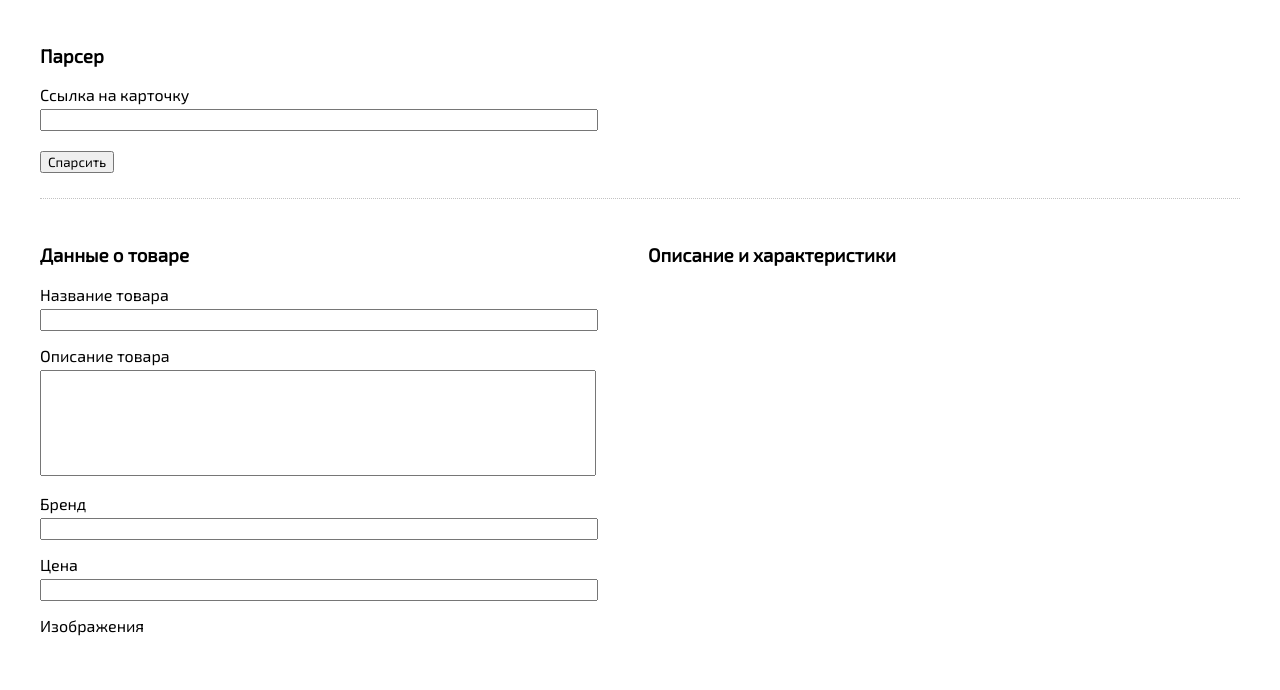
Repository: yozuul/wildberries-product-card-parser-api-exchange
Page: public/index.html
An editor plug-in stored every save of this project. The page is shown before and after the next save, followed by the edit.
The browser window is 1280 px wide. The pictures show the whole page.

Above is the page before, as saved 2021-08-18 18:35:44.

After the next save:
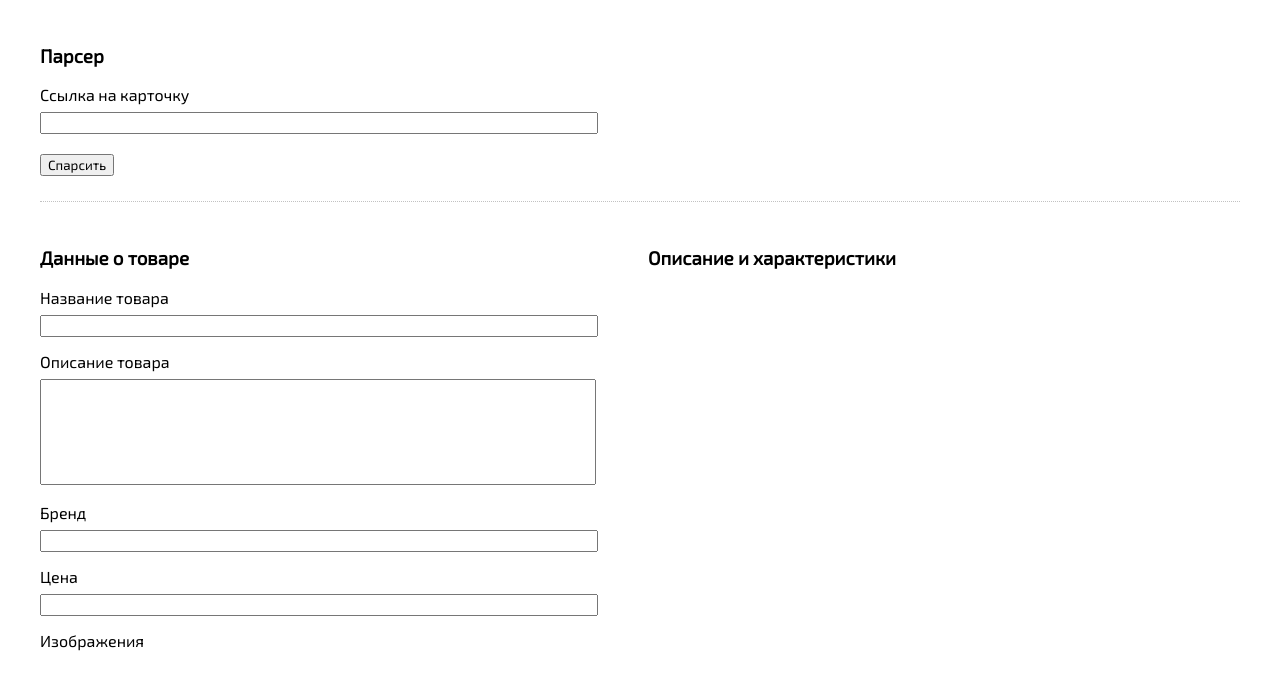
Saved 9 s later.
--- a/public/style.css
+++ b/public/style.css
@@ -42,7 +42,7 @@ body {
    resize: none;
 }
 .parseFormWrapper p, .productFormWrapper p {
-   margin-bottom: 5px;
+   margin-bottom: 8px;
    margin-top: 0;
 }
 .inputWrapper {
